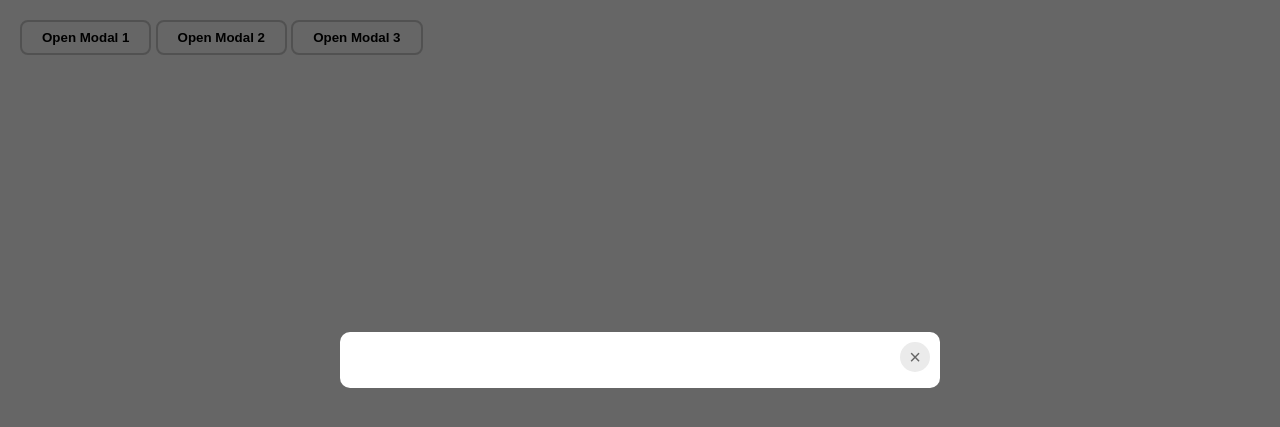
Repository: hoangan3526/Javascript-project
Page: index.html
An editor plug-in stored every save of this project. The page is shown before and after the next save, followed by the edit.
The browser window is 1280 px wide. The pictures show the whole page.
After loading, the first visible `#open-modal-1` was clicked once.

Above is the page before, as saved 2026-04-08 10:28:42.

### index.html
<!DOCTYPE html>
<html lang="en">
    <head>
        <meta charset="UTF-8" />
        <meta name="viewport" content="width=device-width, initial-scale=1.0" />
        <title>Modal</title>
        <link rel="stylesheet" href="style.css" />
    </head>
    <body>
        <main>
            <button id="open-modal-1" class="btn">Open Modal 1</button>
            <button id ="open-modal-2" class="btn">Open Modal 2</button>
            <button id="open-modal-3" class="btn">Open Modal 3</button>
        </main>
        <template id ="modal-1">
            <h1>hello hoang an</h1>
            <p> Lorem ipsum dolor, sit amet consectetur adipisicing elit. Debitis vero consectetur quam at esse ipsum ut officia incidunt cum provident.</p>
        </template>
        <!-- Modal -->

        <script src="main.js"></script>
    </body>
</html>

### style.css
* {
    margin: 0;
    padding: 0;
    box-sizing: border-box;
}

html {
    font-size: 62.5%;
}

body {
    font-size: 1.6rem;
    font-family: system-ui, -apple-system, BlinkMacSystemFont, "Segoe UI",
        Roboto, Oxygen, Ubuntu, Cantarell, "Open Sans", "Helvetica Neue",
        sans-serif;
}
main {
    margin: 20px;
}

.btn {
    border: 2px solid #ccc;
    border-radius: 8px;
    padding: 8px 20px;
    font-weight: 600;
}
button {
    border: none;
    outline: none;
    background: transparent;
    cursor: pointer;
}

.modal-backdrop {
    position: fixed;
    inset: 0;
    display: flex;
    align-items: center;
    justify-content: center;
    background: rgba(0, 0, 0, 0.6);
    opacity: 0;
    visibility: hidden;
    transition: opacity, visibility;
    transition-duration: 0.3s;
}

.modal-backdrop.show {
    opacity: 1;
    visibility: visible;
}

.modal-backdrop.show .modal-container {
    transform: scale(1);
}

.modal-container {
    position: relative;
    width: min(600px, 90%);
    padding: 28px;
    border-radius: 10px;
    background: #fff;
    transform: scale(0);
    transition: transform 0.3s;
}

.modal-close {
    position: absolute;
    top: 10px;
    right: 10px;
    width: 30px;
    height: 30px;
    border-radius: 50%;
    color: #666;
    background: #ebebeb;
    font-size: 2rem;
}

.modal-close:hover {
    color: #333;
}

.modal-content {
    max-height: 80vh;
    overflow-y: auto;
}

### main.js
const $ = document.querySelector.bind(document);
const $$ = document.querySelectorAll.bind(document);


function Modal(){
    this.openModal = (options ={}) =>{
        const {templateId} = options ;
        const template = $(`#${templateId}`);
        if (!template){
            console.error("loi");
            return;
        }
        const content = template.content.cloneNode();

        const backdrop = document.createElement('div');
        backdrop.className = 'modal-backdrop';

        const container = document.createElement('div');
        container.className = 'modal-container';

        const closeBtn = document.createElement('button');
        closeBtn.className= 'modal-close';
        closeBtn.innerHTML = "&times";

        const modalContent = document.createElement('div');
        modalContent.className= "modal-content";
        modalContent.append(content) ;
        container.append(closeBtn,modalContent);
        backdrop.append(container);
        document.body.append(backdrop);


        setTimeout(() => {
            backdrop.classList.add('show');
        }, 100);

        closeBtn.onclick = () =>this.closeModal(backdrop);
        backdrop.onclick =(e) =>{
            if (e.target === backdrop){
                this.closeModal(backdrop);
            }
        }

        document.addEventListener('keydown' , (e) => {
            if ( e.key === "Escape"){
                this.closeModal(backdrop);
            }
        });

    };
    this.closeModal = (element) =>{
        element.classList.remove('show');
           element.ontransitionend = () =>{
            element.remove();
           }
    }
}

const modal = new Modal();

$('#open-modal-1').onclick = () =>{
    modal.openModal({
        templateId : "modal-1",
    });
}

After the next save:
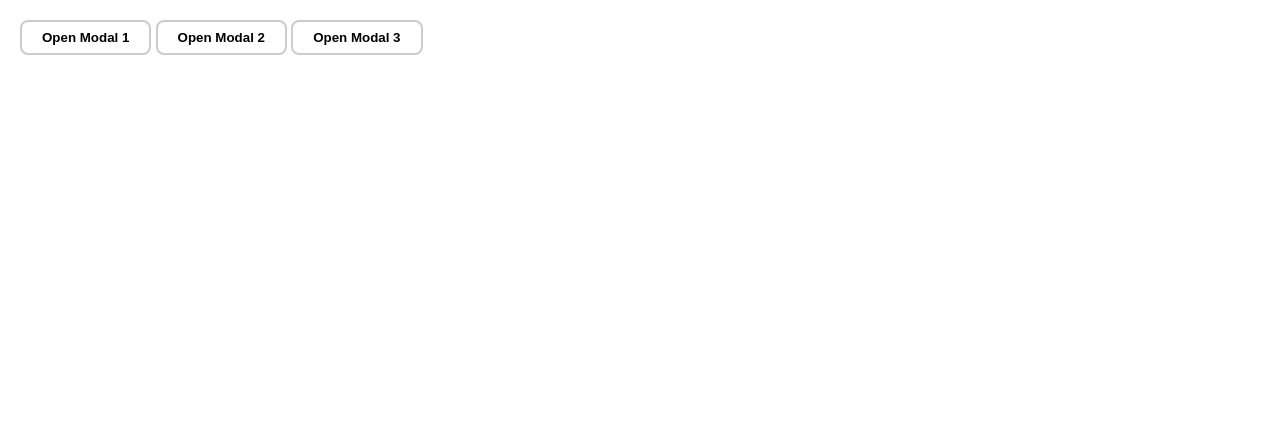
Saved 3 days later.
--- a/main.js
+++ b/main.js
@@ -3,7 +3,7 @@
 
 
 function Modal(){
-    this.openModal = (options ={}) =>{
+    this.openModal = (options = {} ) =>{
         const {templateId} = options ;
         const template = $(`#${templateId}`);
         if (!template){
@@ -11,7 +11,7 @@
             return;
         }
         const content = template.content.cloneNode();
-
+        return;
         const backdrop = document.createElement('div');
         backdrop.className = 'modal-backdrop';
 

After the save that followed:
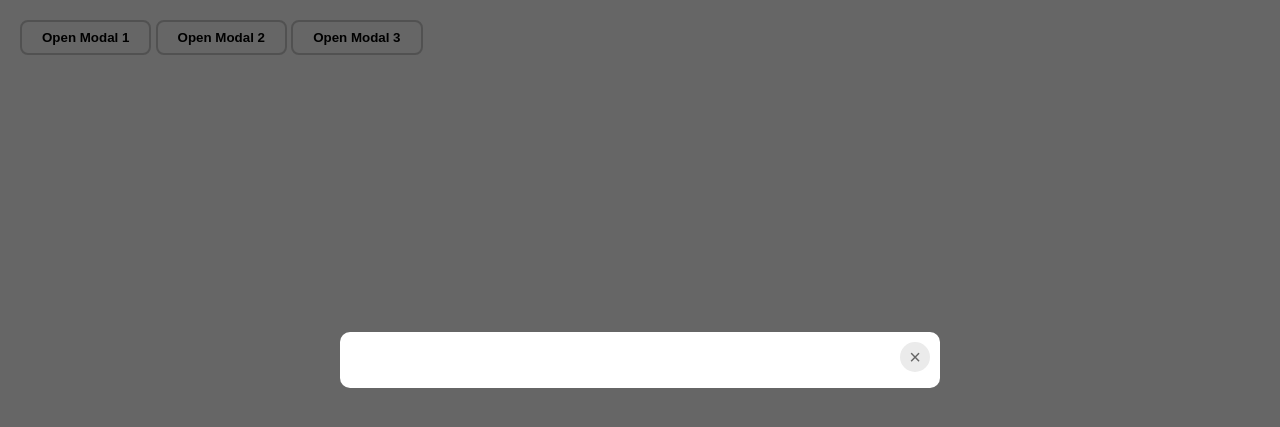
Saved 12 s later.
--- a/main.js
+++ b/main.js
@@ -11,7 +11,7 @@
             return;
         }
         const content = template.content.cloneNode();
-        return;
+
         const backdrop = document.createElement('div');
         backdrop.className = 'modal-backdrop';
 
